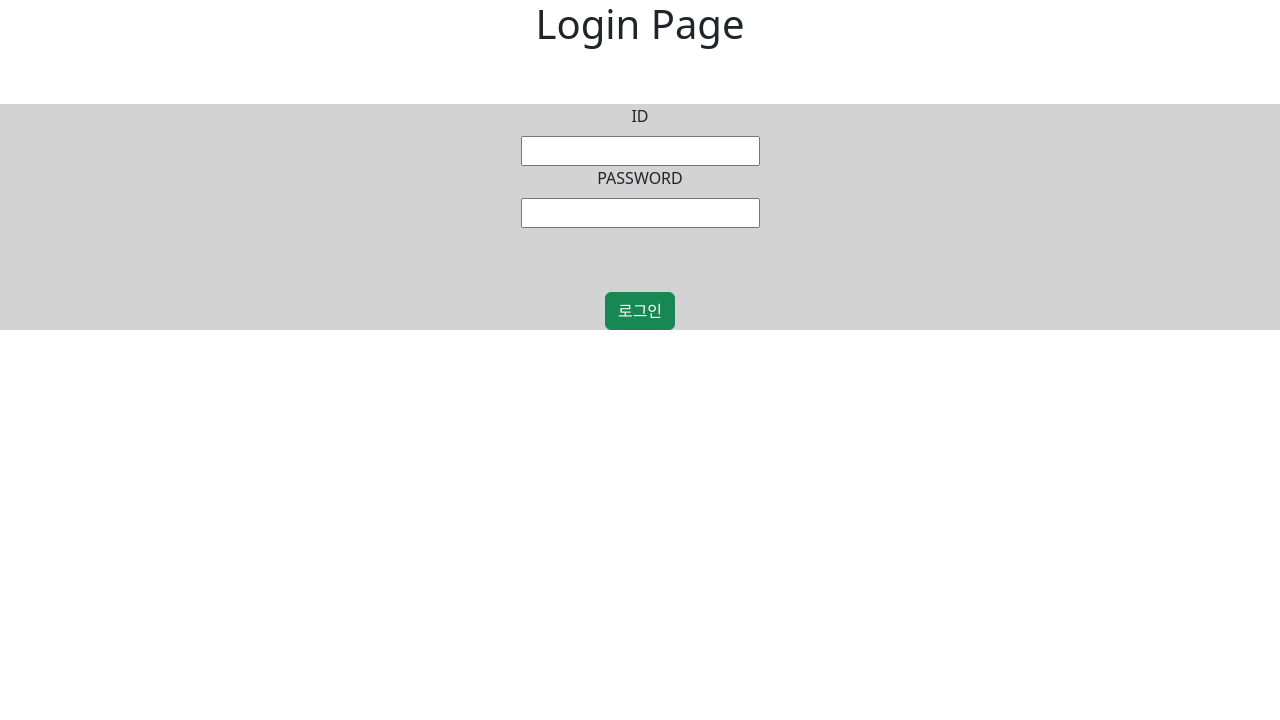
Repository: doridori890130/JSP
Page: http://localhost/jsp_project/mem/login
These files come from the project's save history. The page is drawn as it stood at one moment and after the next save; the edit follows.
The browser window is 1280 px wide. The pictures show the whole page.
The page is served by Tomcat 9. Other server files are loaded and not shown.

Above is the page before, as saved 2023-06-01 03:57:36.

### jsp_project4/jsp_project/src/main/webapp/member/login.jsp
<%@ page language="java" contentType="text/html; charset=UTF-8"
    pageEncoding="UTF-8"%>
<!DOCTYPE html>
<html>
<head>

<meta charset="UTF-8">
<!-- CSS only -->
<link href="https://cdn.jsdelivr.net/npm/bootstrap@5.2.2/dist/css/bootstrap.min.css" rel="stylesheet" integrity="sha384-Zenh87qX5JnK2Jl0vWa8Ck2rdkQ2Bzep5IDxbcnCeuOxjzrPF/et3URy9Bv1WTRi" crossorigin="anonymous">
<style type="text/css">
 H1{
 	text-align: center;
 }
 div{
 	text-align: center;
 	background-color: lightgray;
 }
</style>
<title>Insert title here</title>
</head>
<body>
	<h1>Login Page</h1>
	<br> <br>
	<div>
	<form action="/mem/login_auth" method="post" >
	<div class="mb-3">
  <label for="exampleFormControlInput1" class="form-label">ID</label> <br>
		 <input type="text" name="id" > <br>
  <label for="exampleFormControlInput1" class="form-label">PASSWORD</label> <br>
		 <input type="password" name="password" > <br>
  	</div>
<br> <br>
		<button class="btn btn-success" type="submit" >로그인</button>
	</form>

	</div>
</body>
</html>

### jsp_project4/jsp_project/src/main/java/Controller/MemberController.java
package Controller;

import java.io.IOException;
import java.util.List;

import javax.servlet.RequestDispatcher;
import javax.servlet.ServletException;
import javax.servlet.annotation.WebServlet;
import javax.servlet.http.HttpServlet;
import javax.servlet.http.HttpServletRequest;
import javax.servlet.http.HttpServletResponse;
import javax.servlet.http.HttpSession;

import org.slf4j.Logger;
import org.slf4j.LoggerFactory;

import domain.MemberVO;
import service.MemberService;
import service.MemberServiceImpl;

/**
 * Servlet implementation class MemberController
 */
@WebServlet("/mem/*")
public class MemberController extends HttpServlet {
	private static final long serialVersionUID = 1L;
	private static Logger log = LoggerFactory.getLogger(MemberController.class);
	private RequestDispatcher rdp; // 웹의 목적지 주소로 객체를 전달해주는 객체
    private String destpage;
    private int isOk;
    private MemberService msv;

    public MemberController() {
        msv = new MemberServiceImpl();
    }


	protected void service(HttpServletRequest request, HttpServletResponse response) throws ServletException, IOException {
		//characterENcoding 설정
		request.setCharacterEncoding("utf-8");
		response.setCharacterEncoding("utf-8");
		response.setContentType("text/html; charset=utf-8");

		String uri = request.getRequestURI();
		log.info(">>> uri : "+uri);
		String path = uri.substring(uri.lastIndexOf("/")+1);
		log.info(">>> path : "+path);

		switch(path) {
		case "join":
			destpage="/member/join.jsp";
			break;
		case "register":
			try {
				String id = request.getParameter("id");
				String password = request.getParameter("password");
				String email = request.getParameter("email");
				int age = Integer.parseInt(request.getParameter("age"));
				MemberVO mvo = new MemberVO(id,password,email,age);
				isOk = msv.register(mvo);
			} catch (Exception e) {
				e.printStackTrace();
			}
			break;
		case "login":
			destpage="/member/login.jsp";
			break;
		case "login_auth":
			try {
				String id = request.getParameter("id");
				String password = request.getParameter("password");
				MemberVO mvo= new MemberVO(id,password);
				MemberVO loginMvo = msv.login(mvo);
				if(loginMvo != null) {
					HttpSession ses = request.getSession();
					ses.setAttribute("ses", loginMvo);
					ses.setMaxInactiveInterval(10*60);
				}else {
					request.setAttribute("msg_login", 0);
				}
				destpage="/";
			} catch (Exception e) {
				e.printStackTrace();
			}
			break;
		case "logout":
			try {
				HttpSession ses = request.getSession();
				MemberVO mvo = (MemberVO )ses.getAttribute("ses");
				String id = mvo.getId();
				isOk = msv.lastlogin(id);
				ses.invalidate();

			} catch (Exception e) {
				e.printStackTrace();
			}
			destpage="/";
			break;
		case "modify":
			destpage="/member/modify.jsp";
			break;
		case "edit" :
			try {
				MemberVO mvo = new MemberVO(
						request.getParameter("id"),
						request.getParameter("password"),
						request.getParameter("email"),
						Integer.parseInt(request.getParameter("age")),
						request.getParameter("reg_date"),
						request.getParameter("last_login"));
				isOk=msv.modify(mvo);
				if(isOk>0) {
					request.setAttribute("mvo", mvo);
					HttpSession ses = request.getSession();
					ses.setAttribute("ses", mvo);
				}
				destpage="/";
			} catch (Exception e) {
				e.printStackTrace();
			}
			break;
		case "list" :
			try {
				List<MemberVO> list = msv.getList();
				request.setAttribute("list", list);
				destpage="/member/list.jsp";
			} catch (Exception e) {
				e.printStackTrace();
			}
			break;
		case "remove":
			try {
				HttpSession ses = request.getSession();
				MemberVO reMvo = (MemberVO)ses.getAttribute("ses");
				String delId= reMvo.getId();
				isOk = msv.remove(delId);
				ses.invalidate();
				destpage="/";
			} catch (Exception e) {
				e.printStackTrace();
			}
			break;
		}


		rdp = request.getRequestDispatcher(destpage);
		rdp.forward(request, response);
	}


	protected void doGet(HttpServletRequest request, HttpServletResponse response) throws ServletException, IOException {
		service(request,response);
	}


	protected void doPost(HttpServletRequest request, HttpServletResponse response) throws ServletException, IOException {
		service(request,response);
	}

}

### jsp_project4/jsp_project/src/main/java/service/MemberServiceImpl.java
package service;

import java.util.List;

import org.slf4j.Logger;
import org.slf4j.LoggerFactory;

import domain.MemberVO;
import repository.MemberDAO;
import repository.MemberDAOImpl;

public class MemberServiceImpl implements MemberService {
	private static Logger log = LoggerFactory.getLogger(MemberServiceImpl.class);
	private MemberDAO mdao;

	public MemberServiceImpl() {
		mdao= new MemberDAOImpl();
	}

	@Override
	public int register(MemberVO mvo) {
		log.info(">>register service");
		return mdao.register(mvo);
	}

	@Override
	public MemberVO login(MemberVO mvo) {
		log.info(">>login service");
		return mdao.login(mvo);
	}

	@Override
	public int lastlogin(String id) {
		log.info(">>lastlogin service");
		return mdao.lastlogin(id);
	}

	@Override
	public int modify(MemberVO mvo) {
		log.info(">>lastlogin service");
		return mdao.modify(mvo);
	}

	@Override
	public List<MemberVO> getList() {
		log.info(">>lastlogin service");
		return mdao.list();
	}

	@Override
	public int remove(String delId) {
		log.info(">>lastlogin service");
		return mdao.remove(delId);
	}
}

### jsp_project4/jsp_project/src/main/java/repository/MemberDAO.java
package repository;

import java.util.List;

import domain.MemberVO;

public interface MemberDAO {

	int register(MemberVO mvo);

	MemberVO login(MemberVO mvo);

	int lastlogin(String id);

	int modify(MemberVO mvo);

	List<MemberVO> list();

	int remove(String delId);

}

### jsp_project4/jsp_project/src/main/java/repository/MemberDAOImpl.java
package repository;

import java.util.List;

import org.apache.ibatis.session.SqlSession;
import org.slf4j.Logger;
import org.slf4j.LoggerFactory;

import domain.MemberVO;
import orm.DatabaseBuilder;



public class MemberDAOImpl implements MemberDAO {
	private static Logger log = LoggerFactory.getLogger(MemberDAOImpl.class);
	private SqlSession sql;
	private String NS = "MemberMapper.";

	public MemberDAOImpl() {
		new DatabaseBuilder();
		sql= DatabaseBuilder.getFactory().openSession();
	}

	@Override
	public int register(MemberVO mvo) {
		int isOk=sql.insert(NS+"register",mvo);
		if(isOk>0) {
			sql.commit();
		}
		return isOk;
	}

	@Override
	public MemberVO login(MemberVO mvo) {

		return sql.selectOne(NS+"login",mvo);
	}

	@Override
	public int lastlogin(String id) {
		int isOk=sql.update(NS+"lastlogin",id);
		if(isOk>0) {
			sql.commit();
		}
		return isOk;
	}

	@Override
	public int modify(MemberVO mvo) {
		int isOk=sql.update(NS+"modify",mvo);
		if(isOk>0) {
			sql.commit();
		}
		return isOk;
	}

	@Override
	public List<MemberVO> list() {

		return sql.selectList(NS+"list");
	}

	@Override
	public int remove(String delId) {
		int isOk=sql.delete(NS+"del",delId);
		if(isOk>0) {
			sql.commit();
		}
		return isOk;
	}
}

### jsp_project4/jsp_project/src/main/java/orm/DatabaseBuilder.java
package orm;


import java.io.IOException;
import org.apache.ibatis.io.Resources;
import org.apache.ibatis.session.SqlSessionFactory;
import org.apache.ibatis.session.SqlSessionFactoryBuilder;
import org.slf4j.Logger;
import org.slf4j.LoggerFactory;

public class DatabaseBuilder {
	private static Logger log = LoggerFactory.getLogger(DatabaseBuilder.class);
	private static SqlSessionFactory factory;
	private static final String config = "orm/MybatisConfig.xml";

	static {
		try {
			factory = new SqlSessionFactoryBuilder().build(Resources.getResourceAsReader(config));

		} catch (IOException e) {
			log.info("Mybatis 설정오류");
			e.printStackTrace();
		}
	}
	public static SqlSessionFactory getFactory() {
		return factory;
	}
}

### jsp_project4/jsp_project/src/main/java/domain/MemberVO.java
package domain;

public class MemberVO {
//	create table meminfo(
//			mno int auto_increment,
//			id varchar(100),
//			password varchar(100),
//			email varchar(100),
//			age int,
//			reg_date datetime default now(),
//			last_login datetime default null,
//			primary key(mno));
	private int mno;
	private String id;
	private String password;
	private String email;
	private int age;
	private String reg_date;
	private String last_login;

	public MemberVO() {}
	//resister (id, passwor, email, age)
	public MemberVO(String id ,String password, String email, int age) {
		this.id=id;
		this.password=password;
		this.email=email;
		this.age=age;
	}

	// login
	public MemberVO(String id, String password) {
		this.id=id;
		this.password=password;
	}

	//list(id, email, age, reg_date, last_login)
	public MemberVO(String id, String email,int age,String reg_date , String last_login) {
		this.id=id;
		this.email=email;
		this.age=age;
		this.reg_date=reg_date;
		this.last_login=last_login;
	}
	//modify (password, age, email)
	public MemberVO(String password, int age, String email) {
		this.password=password;
		this.age=age;
		this.email=email;
	}
	public MemberVO(String id, String password, String email, int age, String reg_date, String last_login) {

		this.id = id;
		this.password = password;
		this.email = email;
		this.age = age;
		this.reg_date = reg_date;
		this.last_login = last_login;
	}
	public int getMno() {
		return mno;
	}
	public void setMno(int mno) {
		this.mno = mno;
	}
	public String getId() {
		return id;
	}
	public void setId(String id) {
		this.id = id;
	}
	public String getPassword() {
		return password;
	}
	public void setPassword(String password) {
		this.password = password;
	}
	public String getEmail() {
		return email;
	}
	public void setEmail(String email) {
		this.email = email;
	}
	public int getAge() {
		return age;
	}
	public void setAge(int age) {
		this.age = age;
	}
	public String getReg_date() {
		return reg_date;
	}
	public void setReg_date(String reg_date) {
		this.reg_date = reg_date;
	}
	public String getLast_login() {
		return last_login;
	}
	public void setLast_login(String last_login) {
		this.last_login = last_login;
	}
	@Override
	public String toString() {
		return "MemberVo [mno=" + mno + ", id=" + id + ", password=" + password + ", email=" + email + ", age=" + age
				+ ", reg_date=" + reg_date + ", last_login=" + last_login + "]";
	}

}

### jsp_project4/jsp_project/src/main/java/domain/BoardVO.java
package domain;

public class BoardVO {
	private int bno;
	private String title;
	private String writer;
	private String content;
	private String reg_date;
	private int read_count;
	private String image_file;

	public BoardVO() {}

	//register(title, writer, content)
	public BoardVO(String title, String writer, String content) {
		this.title = title;
		this.writer = writer;
		this.content = content;
	}
	//list(bno, title, writer, reg_date)
	public BoardVO(int bno, String title, String writer,
			String reg_date, int read_count) {
		this.bno = bno;
		this.title = title;
		this.writer = writer;
		this.reg_date = reg_date;
		this.read_count = read_count;
	}
	//detail(all)
	public BoardVO(int bno, String title, String writer, String content, String reg_date, int read_count, String image_file) {
		this.bno = bno;
		this.title = title;
		this.writer = writer;
		this.content = content;
		this.reg_date = reg_date;
		this.read_count = read_count;
		this.image_file = image_file;
	}

	//update(bno, title, content)
	public BoardVO(int bno, String title, String content) {
		this.bno = bno;
		this.title =title;
		this.content=content;
	}

	//getter/setter
	public int getBno() {
		return bno;
	}

	public void setBno(int bno) {
		this.bno = bno;
	}

	public String getTitle() {
		return title;
	}

	public int getRead_count() {
		return read_count;
	}

	public void setRead_count(int read_count) {
		this.read_count = read_count;
	}

	public void setTitle(String title) {
		this.title = title;
	}

	public String getWriter() {
		return writer;
	}

	public void setWriter(String writer) {
		this.writer = writer;
	}

	public String getContent() {
		return content;
	}

	public void setContent(String content) {
		this.content = content;
	}

	public String getReg_date() {
		return reg_date;
	}

	public void setReg_date(String reg_date) {
		this.reg_date = reg_date;
	}


	public String getImage_file() {
		return image_file;
	}

	public void setImage_file(String image_file) {
		this.image_file = image_file;
	}

	@Override
	public String toString() {
		return "BoardVO [bno=" + bno + ", title=" + title + ", writer=" + writer + ", content=" + content
				+ ", reg_date=" + reg_date + ", read_count=" + read_count + "]";
	}




}

### jsp_project4/jsp_project/src/main/java/domain/CommentVO.java
package domain;

public class CommentVO {
	private int cno;
	private int bno;
	private String writer;
	private String content;
	private String reg_date;

	public CommentVO() {}

	//post(bno, writer, content)
	public CommentVO(int bno, String writer, String content) {
	this.bno=bno;
	this.writer=writer;
	this.content=content;
	}
	//(writer, content, cno)
	public CommentVO(String writer, String content, int cno) {
	this.writer = writer;
	this.content = content;
	this.cno = cno;
	}
	//modify(cno, content)
	public CommentVO(int cno, String content) {
		this.cno = cno;
		this.content = content;
	}
	//list(bno, cno, writer, content, reg_date)
	public CommentVO(int bno, int cno, String writer, String content,
			String reg_date) {
		this(bno, writer, content);
		this.cno=cno;
		this.reg_date=reg_date;
	}

	public int getCno() {
		return cno;
	}

	public void setCno(int cno) {
		this.cno = cno;
	}

	public int getBno() {
		return bno;
	}

	public void setBno(int bno) {
		this.bno = bno;
	}

	public String getWriter() {
		return writer;
	}

	public void setWriter(String writer) {
		this.writer = writer;
	}

	public String getContent() {
		return content;
	}

	public void setContent(String content) {
		this.content = content;
	}

	public String getReg_date() {
		return reg_date;
	}

	public void setReg_date(String reg_date) {
		this.reg_date = reg_date;
	}

	@Override
	public String toString() {
		return "CommentVO [cno=" + cno + ", bno=" + bno + ", writer=" + writer + ", content=" + content + ", reg_date="
				+ reg_date + "]";
	}
}

### jsp_project4/jsp_project/src/main/java/domain/PagingVO.java
package domain;

public class PagingVO {
	private int pageNo;
	private int qty;

	private String type;
	private String keyword;

	public PagingVO() {
		this(1,10);
	}
	public PagingVO(int pageNo, int qty) {
		this.pageNo=pageNo;
		this.qty=qty;
	}

	public int getPageStart() {
		return (this.pageNo-1)*10;
	}

	public String[] gettypeToArray() {
		return this.type == null ? new String[] {} : this.type.split("");
	}
	public int getPageNo() {
		return pageNo;
	}
	public void setPageNo(int pageNo) {
		this.pageNo = pageNo;
	}
	public int getQty() {
		return qty;
	}
	public void setQty(int qty) {
		this.qty = qty;
	}
	public String getType() {
		return type;
	}
	public void setType(String type) {
		this.type = type;
	}
	public String getKeyword() {
		return keyword;
	}
	public void setKeyword(String keyword) {
		this.keyword = keyword;
	}
	@Override
	public String toString() {
		return "PagingVO [pageNo=" + pageNo + ", qty=" + qty + ", type=" + type + ", keyword=" + keyword + "]";
	}

}

After the next save:
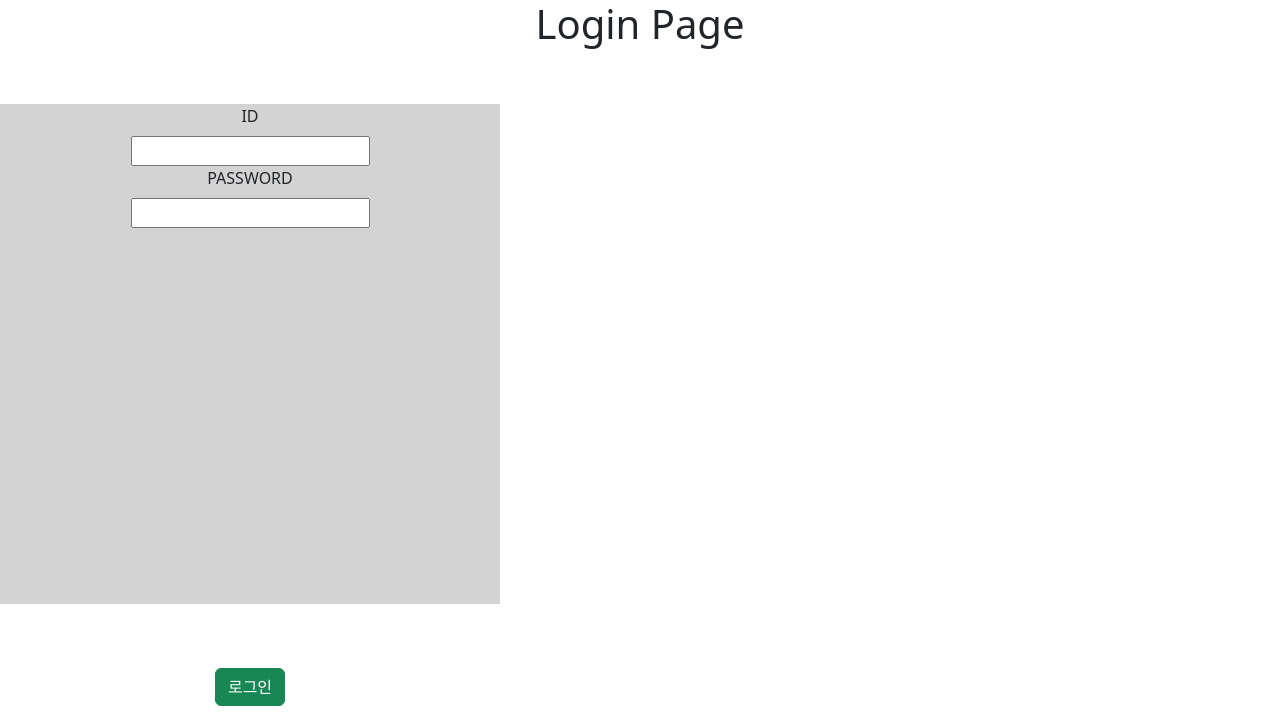
Saved 28 s later.
--- a/jsp_project4/jsp_project/src/main/webapp/member/login.jsp
+++ b/jsp_project4/jsp_project/src/main/webapp/member/login.jsp
@@ -14,6 +14,8 @@
  div{
  	text-align: center;
  	background-color: lightgray;
+ 	width: 500px;
+ 	height: 500px;
  }
 </style>
 <title>Insert title here</title>
